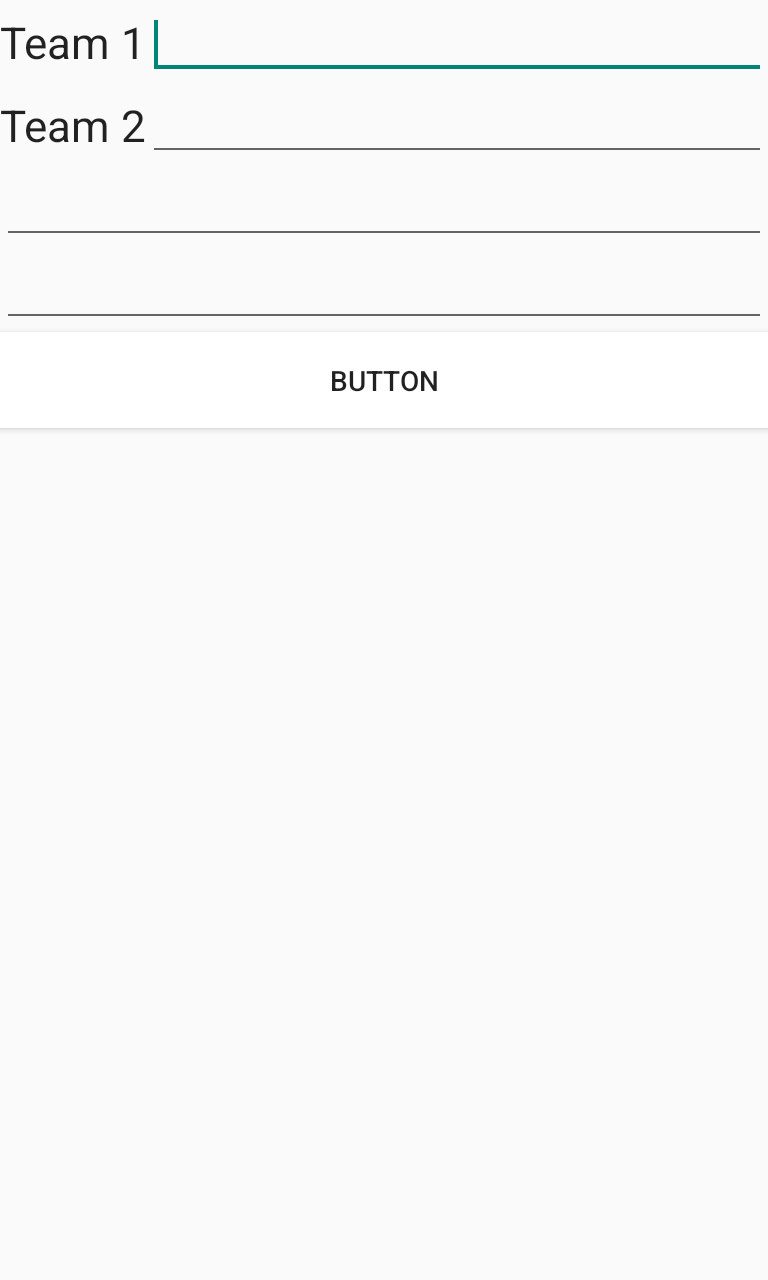
Repository: charlesweng/school
Layout: simpleandroidapps/GettingToKnowUIActivities/charleswengScoringProject/charleswengScoring/res/layout/fragment_teamdialog.xml
The author's editor kept a copy of each file at every save. The layout is drawn from the files as they stood at one save, then again after the next save.
It is drawn on a 768 x 1280 px phone screen (xhdpi) without system bars, with theme AppTheme; the app's code is not run.

Above is the layout before, as saved 2014-04-26 08:41:44.

### simpleandroidapps/GettingToKnowUIActivities/charleswengScoringProject/charleswengScoring/res/layout/fragment_teamdialog.xml
<?xml version="1.0" encoding="utf-8"?>
<RelativeLayout xmlns:android="http://schemas.android.com/apk/res/android"
    android:layout_width="match_parent"
    android:layout_height="match_parent"
    android:orientation="vertical" >

    <TextView
        android:id="@+id/team1name"
        android:layout_width="wrap_content"
        android:layout_height="wrap_content"
        android:layout_alignParentTop="true"
        android:layout_alignParentLeft="true"
        android:layout_alignBaseline="@+id/editTeam1"
        android:text="@string/team_1"
        android:textAppearance="?android:attr/textAppearanceLarge" />

    <TextView
        android:id="@+id/team2name"
        android:layout_width="wrap_content"
        android:layout_height="wrap_content"
        android:layout_below="@+id/team1name"
        android:layout_alignBaseline="@+id/editTeam2"
        android:layout_alignParentLeft="true"
        android:text="@string/team_2"
        android:textAppearance="?android:attr/textAppearanceLarge" />

    <TextView
        android:id="@+id/team1score"
        android:layout_width="wrap_content"
        android:layout_height="wrap_content"
        android:layout_below="@+id/team2name"
        android:layout_alignBaseline="@+id/editScore1"
        android:layout_alignParentLeft="true"
        android:text=""
        android:textAppearance="?android:attr/textAppearanceLarge" />

    <TextView
        android:id="@+id/team2score"
        android:layout_width="wrap_content"
        android:layout_height="wrap_content"
        android:layout_below="@+id/team1score"
        android:layout_alignBaseline="@+id/editScore2"
        android:layout_alignParentLeft="true"
        android:text=""
        android:textAppearance="?android:attr/textAppearanceLarge" />

    <EditText
        android:id="@+id/editTeam1"
        android:layout_width="fill_parent"
        android:layout_height="wrap_content"
        android:layout_alignParentRight="true"
        android:layout_alignParentTop="true"
        android:layout_toRightOf="@+id/team1name"
        android:inputType="text"
        android:ems="10" >
        <requestFocus />
    </EditText>

    <EditText
        android:id="@+id/editTeam2"
        android:layout_width="fill_parent"
        android:layout_height="wrap_content"
        android:layout_alignParentRight="true"
        android:layout_below="@+id/editTeam1"
        android:layout_toRightOf="@+id/team2name"
        android:inputType="text"
        android:ems="10" >
    </EditText>

    <EditText
        android:id="@+id/editScore1"
        android:layout_width="fill_parent"
        android:layout_height="wrap_content"
        android:layout_alignParentRight="true"
        android:layout_below="@+id/editTeam2"
        android:layout_toRightOf="@+id/team1score"
        android:inputType="number"
        android:ems="10" >
    </EditText>

    <EditText
        android:id="@+id/editScore2"
        android:layout_width="fill_parent"
        android:layout_height="wrap_content"
        android:layout_alignParentRight="true"
        android:layout_below="@+id/editScore1"
        android:layout_toRightOf="@+id/team2score"
        android:inputType="number"
        android:ems="10" >
    </EditText>

    <Button
        android:id="@+id/button1"
        android:layout_width="fill_parent"
        android:layout_height="wrap_content"
        android:layout_below="@+id/editScore2"
        android:layout_centerHorizontal="true"
        android:text="Button"
        android:background="#FFF"/>

</RelativeLayout>

### simpleandroidapps/GettingToKnowUIActivities/charleswengScoringProject/charleswengScoring/res/values/strings.xml
<?xml version="1.0" encoding="utf-8"?>
<resources>

    <string name="app_name">charleswengScoring</string>
    <string name="hello_world">Hello world!</string>
    <string name="action_settings">Settings</string>
    <string name="enter_date">Enter Date</string>
    <string name="date">Date</string>
    <string name="enter_game">Enter Game</string>
    <string name="team_1">Team 1</string>
    <string name="team_2">Team 2</string>
    <string name="zero">0</string>
    <string name="next_game">Next Game</string>
    <string name="title_activity_date_picker">DatePicker</string>
	<string name="done">Done</string>
</resources>

Loaded but not shown: simpleandroidapps/GettingToKnowUIActivities/charleswengScoringProject/charleswengScoring/res/values/styles.xml (common file); simpleandroidapps/GettingToKnowUIActivities/charleswengScoringProject/charleswengScoring/res/values-v11/styles.xml (common file); simpleandroidapps/GettingToKnowUIActivities/charleswengScoringProject/charleswengScoring/res/values-v14/styles.xml (common file)

After the next save:
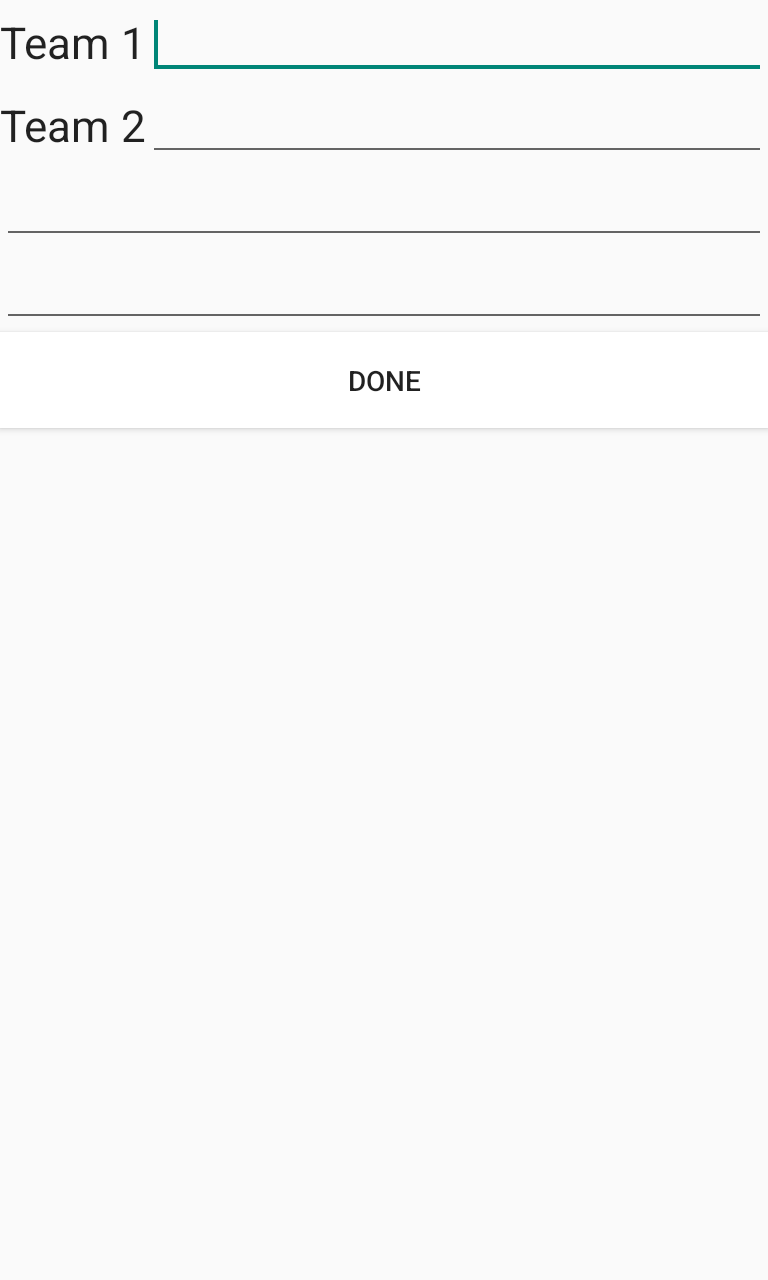
Saved 7 s later.
--- a/simpleandroidapps/GettingToKnowUIActivities/charleswengScoringProject/charleswengScoring/res/layout/fragment_teamdialog.xml
+++ b/simpleandroidapps/GettingToKnowUIActivities/charleswengScoringProject/charleswengScoring/res/layout/fragment_teamdialog.xml
@@ -95,7 +95,7 @@
         android:layout_height="wrap_content"
         android:layout_below="@+id/editScore2"
         android:layout_centerHorizontal="true"
-        android:text="Button"
+        android:text="@string/done"
         android:background="#FFF"/>
 
 </RelativeLayout>
